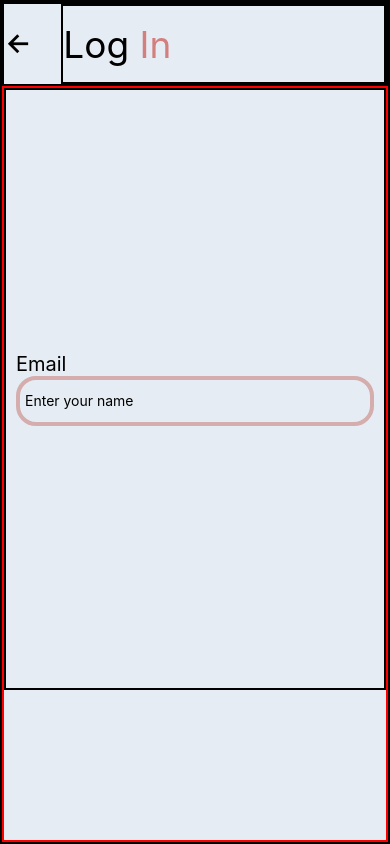
Repository: kgayathridevi/pregband
Screen: /Log
The author's editor kept a copy of each file at every save. The screen is drawn from the files as they stood at one save, then again after the next save.
The app was drawn by React Native's web renderer in a window 390 px wide. The project was rebuilt for these pictures with package versions that can differ from the ones it lists, and the page was loaded fresh each time. Also part of the build but not shown: component/SignUpScreen.jsx, component/Home.jsx.

Above is the screen before, as saved 2023-04-28 15:10:28.

### App.js
import { NavigationContainer } from "@react-navigation/native";
import { createNativeStackNavigator } from "@react-navigation/native-stack";
import { StatusBar } from "expo-status-bar";
import { StyleSheet, Text, View } from "react-native";
import SignUpScreen from "./component/SignUpScreen";
import LogInScreen from "./component/LogInScreen";
import Home from "./component/Home";

const Stack = createNativeStackNavigator();
export default function App() {
  return (
    <NavigationContainer>
      <Stack.Navigator initialRouteName="Log">
        <Stack.Screen
          options={{ headerShown: false }}
          name="Log"
          component={LogInScreen}
        />
        <Stack.Screen name="Sign" component={SignUpScreen} />
        <Stack.Screen name="Home" component={Home} />
      </Stack.Navigator>
    </NavigationContainer>
  );
}

const styles = StyleSheet.create({
  // container: {
  //   flex: 1,
  //   backgroundColor: '#fff',
  //   alignItems: 'center',
  //   justifyContent: 'center',
  // },
});

### component/LogInScreen.jsx
import {
  Button,
  StyleSheet,
  Text,
  TextInput,
  TouchableOpacity,
  View,
} from "react-native";
import React from "react";
import { SafeAreaView } from "react-native-safe-area-context";
import Ionicons from "@expo/vector-icons/Ionicons";

const LogInScreen = ({ navigation }) => {
  return (
    <SafeAreaView style={styles.container}>
      <View style={styles.headerContainer}>
        <View style={styles.btnCont}>
          {/* <Text>back</Text> */}
          <Ionicons name="arrow-back" color="black" size={30} />
        </View>
        <View style={styles.titleContain}>
          <Text style={styles.textC}>Log</Text>
          <Text style={[styles.textC, styles.textC2]}> In</Text>
        </View>
      </View>
      <View style={styles.mainContainer}>
        <View style={styles.inputContainer}>
          <Text style={{ fontSize: 20 }}>Email</Text>
          <TextInput style={styles.textInp} placeholder="Enter your name" />
        </View>
        <View></View>
      </View>
    </SafeAreaView>
  );
};

export default LogInScreen;

const styles = StyleSheet.create({
  container: {
    borderWidth: 2,
    height: "100%",
    backgroundColor: "#E5ECF3",
  },
  headerContainer: {
    borderWidth: 2,
    height: "10%",
    flexDirection: "row",
    justifyContent: "space-between",
  },
  titleContain: {
    borderWidth: 2,
    flexDirection: "row",
    width: "85%",
    alignItems: "center",
  },
  btnCont: {
    justifyContent: "center",
    // borderWidth: 2,
  },
  textC: {
    fontSize: 37,
  },
  textC2: {
    color: "#D37F7D",
  },

  mainContainer: {
    borderWidth: 2,
    height: "90%",
    borderColor: "red",
  },
  inputContainer: {
    borderWidth: 2,
    height: "80%",
    justifyContent: "center",
    padding: 10,
  },
  textInp: {
    borderWidth: 4,
    borderColor: "#D4ADAC",
    borderRadius: 20,
    height: 50,
    paddingHorizontal: 5,
  },
});

After the next save:
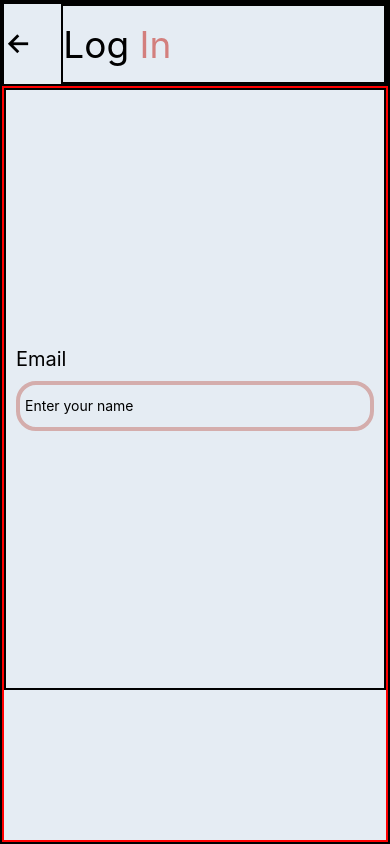
Saved 17 s later.
--- a/component/LogInScreen.jsx
+++ b/component/LogInScreen.jsx
@@ -82,5 +82,6 @@ const styles = StyleSheet.create({
     borderRadius: 20,
     height: 50,
     paddingHorizontal: 5,
+    marginTop: 10,
   },
 });
